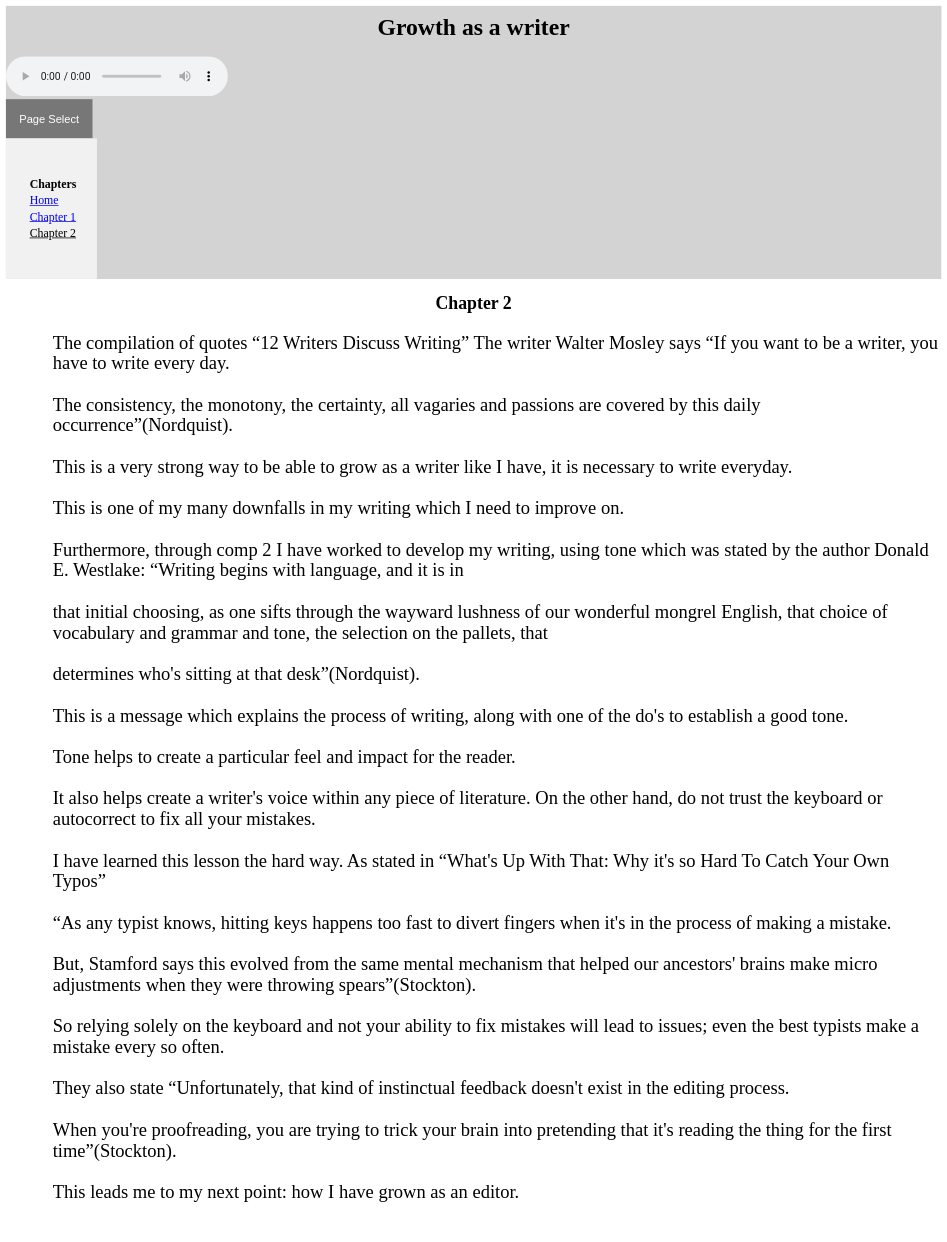
Repository: jpaisiem/WP-4
Page: Chapter3.html
An editor plug-in stored every save of this project. The page is shown before and after the next save, followed by the edit.
The browser window is 1280 px wide. The pictures show the whole page, at 74% of full size.

Above is the page before, as saved 2025-05-01 11:53:41.
Console error: TypeError: Cannot read properties of undefined (reading 'toggle')

### Chapter3.html
<!DOCTYPE html>
<html>
<head>
<meta name="viewport" content="width=device-width, initial-scale=1">
<style>
.collapsible {
  background-color: #777;
  color: white;
  cursor: pointer;
  padding: 18px;
  width: fit-content;
  border: none;
  text-align: left;
  outline: none;
  font-size: 15px;
}

.active, .collapsible:hover {
  background-color: #555;
}

.content {
  display: flex;
  flex-direction: column;
  overflow: hidden;
  background-color: #f1f1f1;
  width: fit-content;
  height: fit-content;
  padding-left: 2.3%;
  padding-right: 2%;
}
p
{
 font-size: 25px;
 text-align: left;
 margin-left: 5%;
}
</style>
<title>Growth as a writer - Chapter 2</title>
</head>
<body>
    <div style="background-color: lightgray; display: flex; flex-direction: column; margin-top: 0%;">
        <h1 style="text-align: center; background-color: lightgray; padding-top: 10px; margin-top: 0%;">Growth as a writer</h1>
        <div style="align-items: center;">
        <audio controls>
            <source src="audio.mp3" type="audio/mpeg">
        </audio>
        </div>
<button type="button" class="collapsible">Page Select</button>
<div class="content">
  <p><table>
    <tr>
        <th>Chapters</th>
    </tr>
    <tr>
        <td><a href="index.html">Home</a></td>
    </tr>
    <tr>
        <td><a href="Chapter1.html">Chapter 1</a></td>
    </tr>
     <tr>
        <td><a href="Chapter2.html" style="color: black;">Chapter 2</a></td>
    </tr>
  </table></p>
</div>
    </div>
<div style="text-align: center;">
     <h2 style="text-align: center;">Chapter 2</h2>
     <p> The compilation of quotes <q>12 Writers Discuss Writing</q> The writer Walter Mosley says <q>If you want to be a writer, you have to write every day. <br><br>
      The consistency, the monotony, the certainty, all vagaries and passions are covered by this daily occurrence</q>(Nordquist). <br><br>
      This is a very strong way to be able to grow as a writer like I have, it is necessary to write everyday. <br><br>
      This is one of my many downfalls in my writing which I need to improve on. <br><br>
      Furthermore, through comp 2 I have worked to develop my writing, using tone which was stated by the author Donald E. Westlake:  <q>Writing begins with language, and it is in <br><br>that initial choosing, as one sifts through the wayward lushness of our wonderful mongrel English, that choice of vocabulary and grammar and tone, the selection on the pallets, that <br><br>determines who&apos;s sitting at that desk</q>(Nordquist). <br><br>
      This is a message which explains the process of writing, along with one of the do's to establish a good tone.<br><br>
       Tone helps to create a particular feel and impact for the reader.<br><br>
        It also helps create a writer's voice within any piece of literature. On the other hand, do not trust the keyboard or autocorrect to fix all your mistakes. <br><br>
        I have learned this lesson the hard way.  As stated in <q>What's Up With That:  Why it's so Hard To Catch Your Own Typos</q> <br><br> <q>As any typist knows, hitting keys happens too fast to divert fingers when it&apos;s in the process of making a mistake.
        <br><br>
        But, Stamford says this evolved from the same mental mechanism that helped our ancestors' brains make micro adjustments when they were throwing spears</q>(Stockton). <br><br>
        So relying solely on the keyboard and not your ability to fix mistakes will lead to issues; even the best typists make a mistake every so often. <br><br>
        They also state <q>Unfortunately, that kind of instinctual feedback doesn&apos;t exist in the editing process. <br><br>
        When you&apos;re proofreading, you are trying to trick your brain into pretending that it&apos;s reading the thing for the first time</q>(Stockton).<br><br>
        This leads me to my next point: how I have grown as an editor. <br><br>
</p>
</div>
<script>
var coll = document.getElementsByClassName("collapsible");
var i;

for (i = 0; i < coll.length; i++) {
  coll[i].addEventListener("click", function() {
    this.classList.toggle("active");
    var content = this.nextElementSibling;
    if (content.style.display === "block") {
      content.style.display = "none";
    } else {
      content.style.display = "block";
    }
  });
}
if(location.reload){
    this.classList.toggle("collapsible");
}
</script>

</body>
</html>

After the next save:
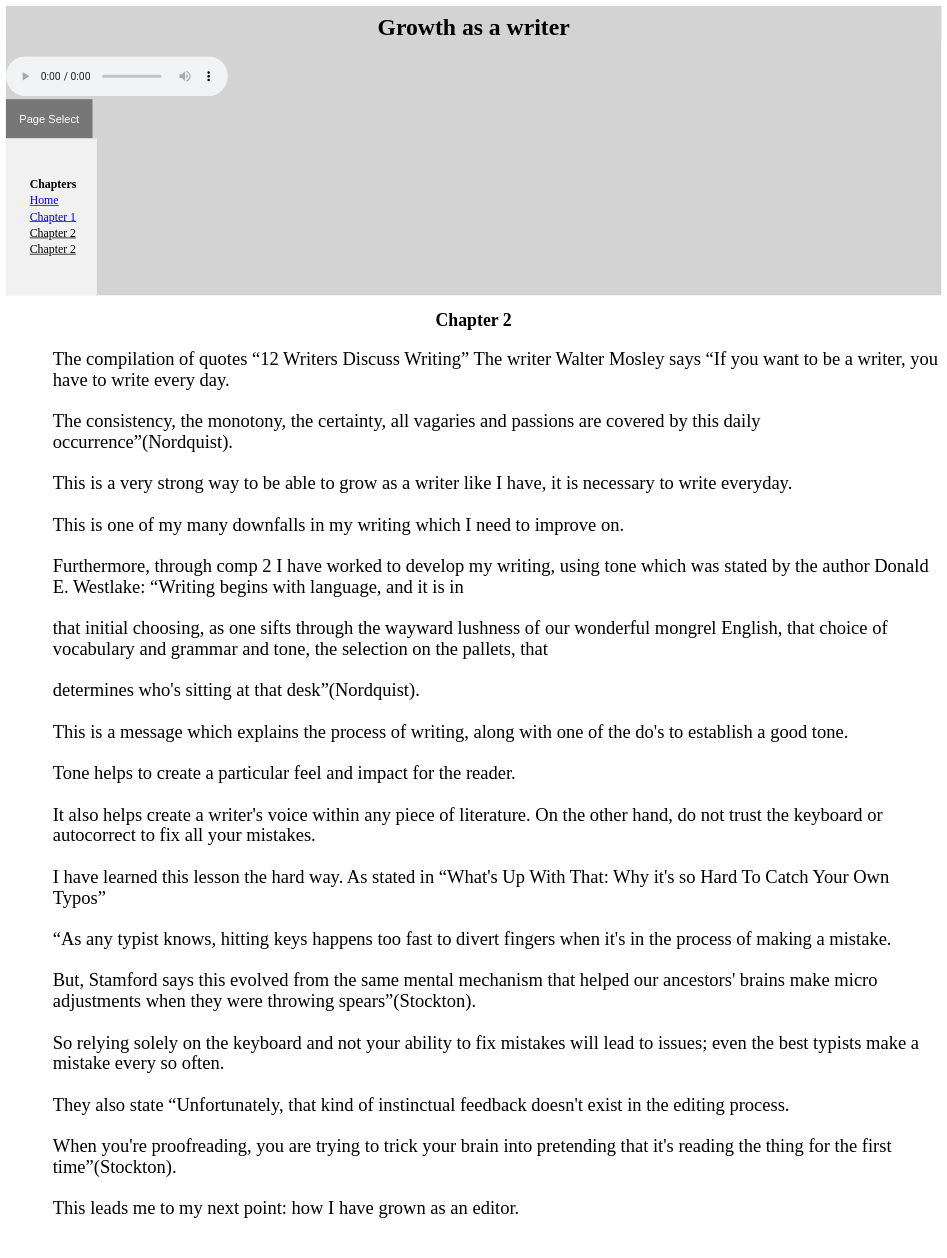
Saved 15 s later.
--- a/Chapter3.html
+++ b/Chapter3.html
@@ -61,6 +61,9 @@ p
      <tr>
         <td><a href="Chapter2.html" style="color: black;">Chapter 2</a></td>
     </tr>
+    <tr>
+        <td><a href="Chapter2.html" style="color: black;">Chapter 2</a></td>
+    </tr>
   </table></p>
 </div>
     </div>
